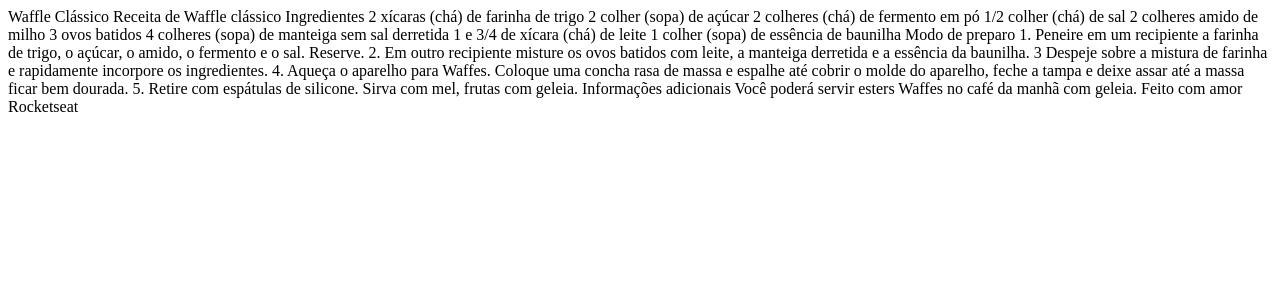
Repository: mferoc/MentoriaMais1CodeG7
Page: desafios-rocketseat-discover/Pagina_de_Receita/Página de Receita/index.html
The author's editor kept a copy of each file at every save. The page is drawn from the files as they stood at one save, then again after the next save.
The browser window is 1280 px wide. The pictures show the whole page.

Above is the page before, as saved 2022-06-29 20:14:23.

### desafios-rocketseat-discover/Pagina_de_Receita/Página de Receita/index.html
<!DOCTYPE html>
<html lang="pt-br">
<head>
    <meta charset="UTF-8">
    <meta http-equiv="X-UA-Compatible" content="IE=edge">
    <meta name="viewport" content="width=device-width, initial-scale=1.0">
    <title>Página de Receita</title>
</head>
<body>

Waffle Clássico

Receita de Waffle clássico

Ingredientes

2 xícaras (chá) de farinha de trigo
2 colher (sopa) de açúcar
2 colheres (chá) de fermento em pó
1/2 colher (chá) de sal
2 colheres amido de milho
3 ovos batidos
4 colheres (sopa) de manteiga sem sal derretida
1 e 3/4 de xícara (chá) de leite
1 colher (sopa) de essência de baunilha

Modo de preparo

1. Peneire em um recipiente a farinha de trigo, o açúcar, o amido, o fermento e o sal. Reserve.
2. Em outro recipiente misture os ovos batidos com leite, a manteiga derretida e a essência da baunilha.
3 Despeje sobre a mistura de farinha e rapidamente incorpore os ingredientes.
4. Aqueça o aparelho para Waffes. Coloque uma concha rasa de massa e espalhe até cobrir o molde do aparelho, feche a tampa e deixe assar até a massa ficar bem dourada.
5. Retire com espátulas de silicone. Sirva com mel, frutas com geleia.

Informações adicionais

Você poderá servir esters Waffes no café da manhã com geleia.

Feito com amor Rocketseat


</body>
</html>

After the next save:
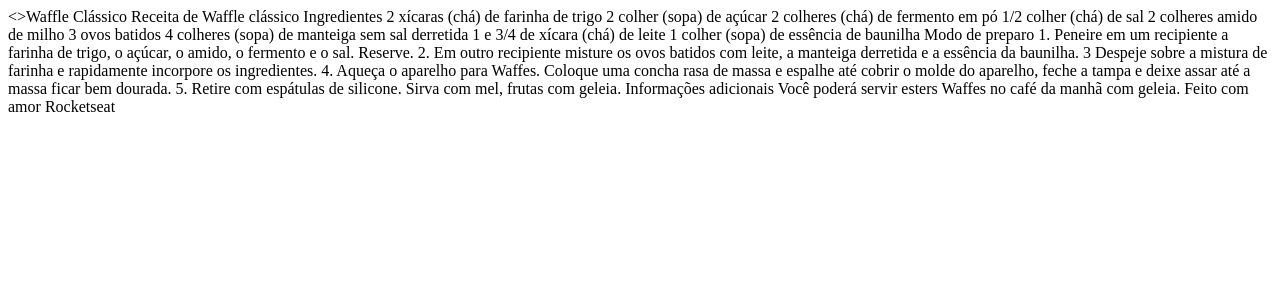
Saved 118 s later.
--- a/desafios-rocketseat-discover/Pagina_de_Receita/Página de Receita/index.html
+++ b/desafios-rocketseat-discover/Pagina_de_Receita/Página de Receita/index.html
@@ -8,7 +8,7 @@
 </head>
 <body>
 
-Waffle Clássico
+<>Waffle Clássico
 
 Receita de Waffle clássico
 
